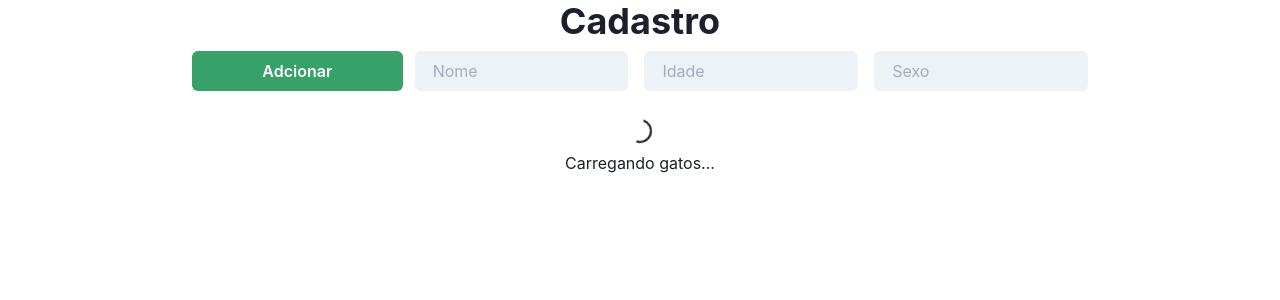
Repository: thislucasme/front-end-cats-react.js
Page: /cadastro
The author's editor kept a copy of each file at every save. The page is drawn from the files as they stood at one save, then again after the next save.
The browser window is 1280 px wide. The pictures show the whole page.
The page's requests for data from a server got no answer. The project was rebuilt for these pictures with package versions that can differ from the ones it lists, and the page was loaded fresh each time. No one was signed in, and anything a server would have sent is missing.

Above is the page before, as saved 2021-10-27 15:33:35.

After the next save:
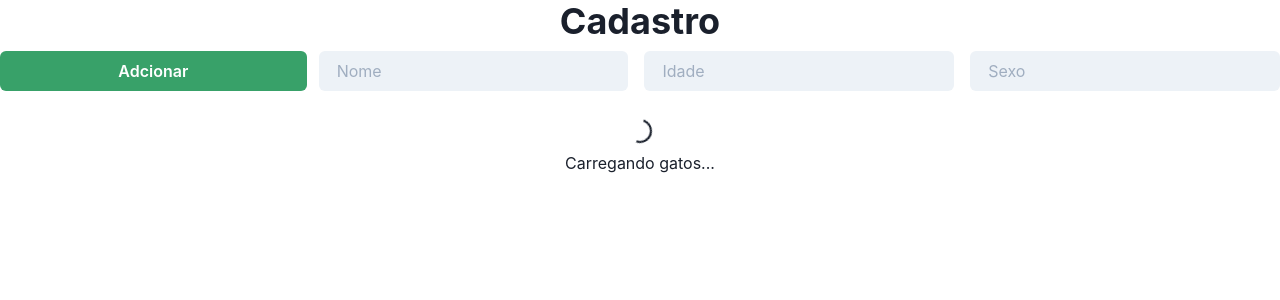
Saved 23 s later.
--- a/src/pages/cadastro.gatos.tsx
+++ b/src/pages/cadastro.gatos.tsx
@@ -41,7 +41,7 @@ export const Cadastro = () => {
 	return (
 		<VStack >
 			<Heading>Cadastro</Heading>
-			<Flex w={"70%"} mt={5}>
+			<Flex w="full" mt={5}>
 				<Button mr={3} w="full" colorScheme="green" onClick={() => { salvar() }}>Adcionar</Button>
 				<Input valule={nome} onChange={(e) => { setNome(e.target.value) }} variant="filled" placeholder="Nome" />
 				<Input valule={idade} onChange={(e) => { setIdade(e.target.value) }} ml={4} variant="filled" placeholder="Idade" />
